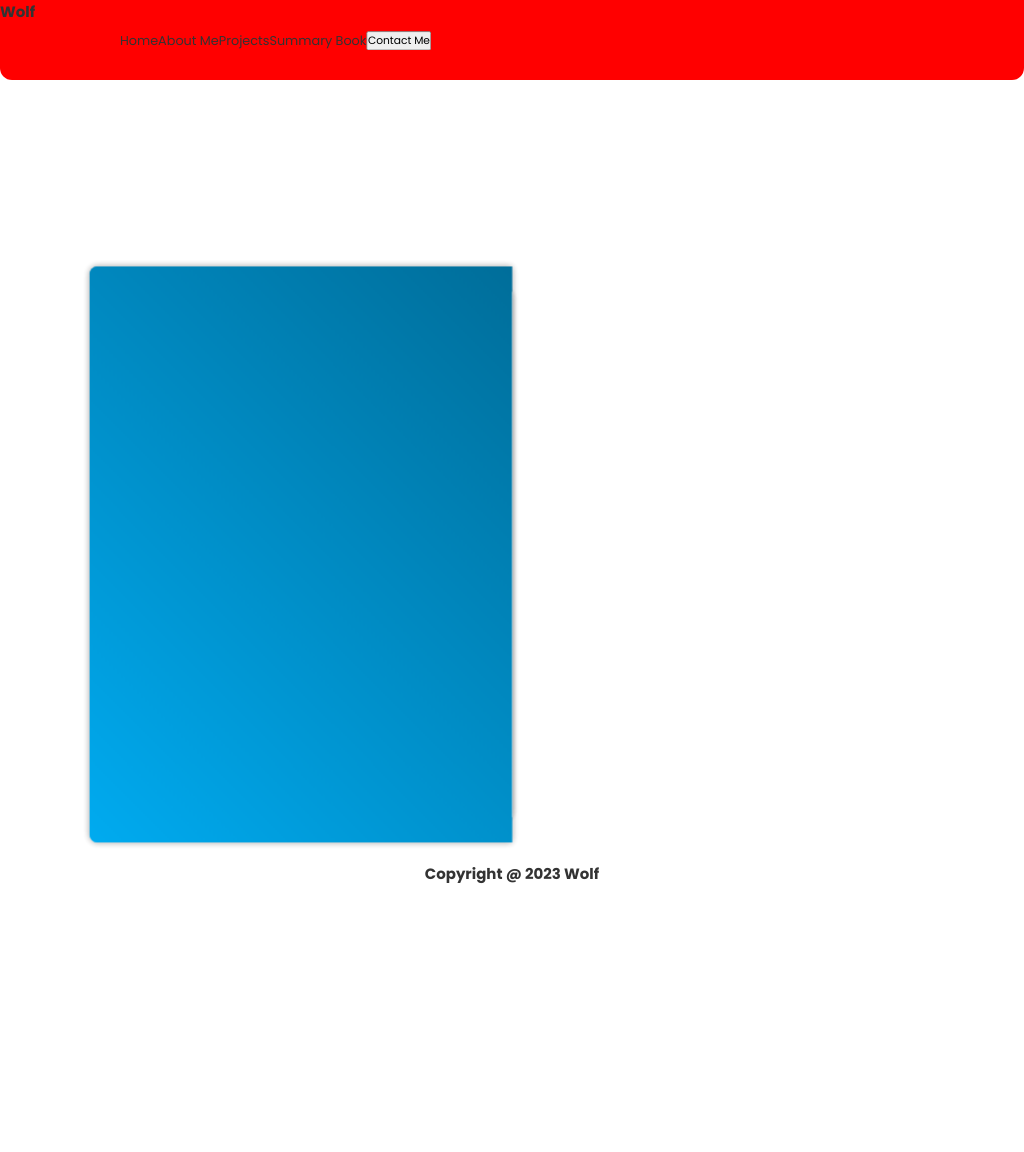
Repository: Ego-Wolf/Portfolio
Page: index.html
These files come from the project's save history. The page is drawn as it stood at one moment and after the next save; the edit follows.
The browser window is 1280 px wide. The pictures show the whole page, at 80% of full size.
Pictures or frames that could not be fetched are drawn as grey boxes.

Above is the page before, as saved 2023-12-14 16:45:52.

### index.html
<!DOCTYPE html>
<html lang="en">
<head>
    <meta charset="UTF-8">
    <meta name="viewport" content="width=device-width, initial-scale=1.0">
    <title>3D Portfolio Websites</title>
    <link rel="stylesheet" href="./style.css">
    <!-- Box icons -->
    <link href='https://unpkg.com/boxicons@2.1.4/css/boxicons.min.css' rel='stylesheet'>
    <!-- Google Font -->
    <link rel="preconnect" href="https://fonts.googleapis.com">
    <link rel="preconnect" href="https://fonts.gstatic.com" crossorigin>
    <link href="https://fonts.googleapis.com/css2?family=Josefin+Sans:wght@300;400;500;600;700&family=Poppins:wght@300;400;500;600;700;800;900&display=swap" rel="stylesheet">

</head>
<body>
    <div class="section">
        <!-- Header -->
        <div class="header">
            <img src="" alt=""><h3>Wolf</h3>
            <ul>
                <li>Home</li>
                <li>About Me</li>
                <li>Projects</li>
                <li>Summary Book</li>
                <li><button>Contact Me</button></li>
            </ul>
        </div>

        <!-- Book section -->
        <div class="wrapper">
            <div class="cover cover-left"></div>
            <div class="cover cover-right"></div>

            <div class="book">
                <!-- Profile page -->
                <div class="book-page page-left">
                    <div class="profile-page">
                        <img src="./assets/character-1.jpg" alt="Sorry about the our services">
                        <h1>Steve Victor</h1>
                        <h3>Web Developer</h3>

                        <div class="social-media">
                            <a href="#"><i class='bx bxl-facebook'></i></a>
                            <a href="#"><i class='bx bxl-twitter' ></i></a>
                            <a href="#"><i class='bx bxl-linkedin' ></i></a>
                            <a href="#"><i class='bx bxl-instagram-alt'></i></a>
                        </div>

                        <p>Hi, I'm Steve Victor, a Web Developer. Lorem, ipsum dolor sit amet consectetur adipisicing elit. Quae quibusdam asperiores, voluptas magnam enim amet officiis aut quis recusandae illum possimus delectus mollitia id sed atque, harum et sunt architecto.</p>

                        <div class="btn-box">
                            <a href="#" class="btn">Download CV</a>
                            <a href="#" class="btn contact-me">Contact Me</a>
                        </div>
                    </div>
                </div>

                <!-- Page 1 & 2 -->
                <div class="book-page page-right turn" id="turn-1">
                    <!-- Page 1 (work experience) -->
                    <div class="page-front">
                        <h1 class="title">Work Experience</h1>
                        <div class="work-education-box">
                            <div class="work-education-content">
                                <span class="year"><i class='bx bxs-calendar'></i>2020 - 2021</span>
                                <h3>Web Developer - Company</h3>
                                <p>Lorem ipsum dolor sit amet consectetur adipisicing elit. Consequatur a delectus similique dolore, laudantium, autem iure aspernatur ratione error!</p>
                            </div>

                            <div class="work-education-content">
                                <span class="year"><i class='bx bxs-calendar'></i>2020 - 2021</span>
                                <h3>Web Developer - Company</h3>
                                <p>Lorem aspernatur ratione error consequuntur veniam tenetur ipsum in nemo repellat eveniet fugit eius vel!</p>
                            </div>

                            <div class="work-education-content">
                                <span class="year"><i class='bx bxs-calendar'></i>2020 - 2021</span>
                                <h3>Web Developer - Company</h3>
                                <p>Lorem ipsum dolor sit amet consectetur adipisicing elit. Consequatur a delectus similique dolore, laudantium, autem iure aspernatur ratione error consequuntur veniam tenetur ipsum in nemo repellat eveniet fugit eius vel!</p>
                            </div>
                        </div>

                        <span class="number-page">1</span>
                        <!-- Next button -->
                        <div class="nextprev-btn" data-page="turn-1">
                            <i class='bx bx-chevron-right'></i>
                        </div>
                    </div>

                    <!-- Page 2 (education) -->
                    <div class="page-back">
                        <h1 class="title">Education</h1>
                        <div class="work-education-box">
                            <div class="work-education-content">
                                <span class="year"><i class='bx bxs-calendar'></i>2020 - 2021</span>
                                <h3>Web Developer - Company</h3>
                                <p>Lorem ipsum dolor sit amet consectetur adipisicing elit. Consequatur a delectus similique dolore, laudantium, autem iure aspernatur ratione error!</p>
                            </div>

                            <div class="work-education-content">
                                <span class="year"><i class='bx bxs-calendar'></i>2020 - 2021</span>
                                <h3>Web Developer - Company</h3>
                                <p>Lorem aspernatur ratione error consequuntur veniam tenetur ipsum in nemo repellat eveniet fugit eius vel!</p>
                            </div>

                            <div class="work-education-content">
                                <span class="year"><i class='bx bxs-calendar'></i>2020 - 2021</span>
                                <h3>Web Developer - Company</h3>
                                <p>Lorem ipsum dolor sit amet consectetur adipisicing elit. Consequatur a delectus similique dolore, laudantium, autem iure aspernatur ratione error consequuntur veniam tenetur ipsum in nemo repellat eveniet fugit eius vel!</p>
                            </div>
                        </div>

                        <span class="number-page">2</span>
                        <!-- Prev button -->
                        <div class="nextprev-btn back" data-page="turn-1">
                            <i class='bx bx-chevron-left'></i>
                        </div>
                    </div>
                </div>

                <!-- Page 3 & 4 -->
                <div class="book-page page-right turn" id="turn-2">
                    <!-- Page 3 (my services) -->
                    <div class="page-front">
                        <h1 class="title">My Services</h1>
                        <div class="services-box">
                            <div class="services-content">
                                <i class='bx bx-code-alt' ></i>
                                <h3>Web Development</h3>
                                <p>Lorem ipsum dolor, sit amet consectetur adipisicing elit.</p>
                                <a href="#" class="btn">Read More</a>
                            </div>

                            <div class="services-content">
                                <i class='bx bxs-paint' ></i>
                                <h3>Creative Design</h3>
                                <p>Lorem ipsum dolor, sit amet consectetur adipisicing elit.</p>
                                <a href="#" class="btn">Read More</a>
                            </div>

                            <div class="services-content">
                                <i class='bx bx-bar-chart-alt'></i>
                                <h3>Digital Marketing</h3>
                                <p>Lorem ipsum dolor, sit amet consectetur adipisicing elit.</p>
                                <a href="#" class="btn">Read More</a>
                            </div>

                            <div class="services-content">
                                <i class='bx bx-search' ></i>
                                <h3>SEO</h3>
                                <p>Lorem ipsum dolor, sit amet consectetur adipisicing elit.</p>
                                <a href="#" class="btn">Read More</a>
                            </div>
                        </div>

                        <span class="number-page">3</span>
                        <!-- Next button -->
                        <div class="nextprev-btn" data-page="turn-2">
                            <i class='bx bx-chevron-right'></i>
                        </div>

                    </div>
                    <!-- Page 4 (my skills) -->
                    <div class="page-back">
                        <h1 class="title">My skills</h1>
                        <div class="skills-box">
                            <div class="skills-content">
                                <h3>Front-End</h3>
                                <div class="content">
                                    <span><i class='bx bxl-html5' ></i>HTML</span>
                                    <span><i class='bx bxl-css3' ></i>CSS</span>
                                    <span><i class='bx bxl-javascript' ></i>JS</span>
                                    <span><i class='bx bxl-react' ></i>React</span>
                                    <span><i class='bx bxl-angular' ></i>Angular</span>
                                    <span><i class='bx bxl-bootstrap' ></i>Boostrap</span>
                                    <span><i class='bx bxl-tailwind-css' ></i>Tailwind</span>
                                </div>
                            </div>
                            <div class="skills-content">
                                <h3>Back-End</h3>
                                <div class="content">
                                    <span><i class='bx bxl-nodejs' ></i>Node</span>
                                    <span><i class='bx bxl-java' ></i>Java</span>
                                </div>
                            </div>
                            <div class="skills-content">
                                <h3>UI/UX Design</h3>
                                <div class="content">
                                    <span><i class='bx bxl-figma' ></i>Figma</span>
                                </div>
                            </div>
                        </div>

                        <span class="number-page">4</span>
                        <!-- Prev button -->
                        <div class="nextprev-btn back" data-page="turn-2">
                            <i class='bx bx-chevron-left'></i>
                        </div>
                    </div>
                </div>

                <!-- Page 5 & 6 -->
                <div class="book-page page-right turn" id="turn-3">
                    <!-- Page 5 (latest project or my portfolio) -->
                    <div class="page-front">
                        <h1 class="title">Latest Project</h1>

                        <div class="portfolio-box">
                            <div class="img-box">
                                <!-- <img src="./assets/character-2.jpg" alt="">  -->
                                <iframe width="720" height="405" src="https://www.youtube.com/embed/zrBVFGlnyA8" title="3D Portfolio Website | HTML CSS &amp; Javascript" frameborder="0" allow="accelerometer; autoplay; clipboard-write; encrypted-media; gyroscope; picture-in-picture; web-share" allowfullscreen></iframe>
                            </div>

                            <div class="info-box">
                                <div class="info-title">
                                    <h3>Project Name</h3>
                                    <a href="#">Live Preview<i class='bx bx-link-external' ></i></a>
                                </div>
                                <p>Tech Used:</p>
                                <p>Lorem ipsum dolor sit amet consectetur adipisicing elit. Fugit, laboriosam.</p>
                            </div>

                            <div class="btn-box">
                                <a href="#" class="btn">Source Code</a>
                                <a href="#" class="btn">More Projects</a>
                            </div>
                        </div>

                        <span class="number-page">5</span>
                        <!-- Next button -->
                        <div class="nextprev-btn" data-page="turn-3">
                            <i class='bx bx-chevron-right'></i>
                        </div>
                    </div>

                    <!-- Page 6 (contac me) -->
                    <div class="page-back">
                        <h1 class="title">Contact Me!</h1>

                        <div class="contact-box">
                            <form action="#">
                                <input type="text" class="field" placeholder="Full Name" required>
                                <input type="email" class="field" placeholder="Email Address" required>
                                <textarea name="" id="" cols="30" rows="10" class="field" placeholder="Your Message" required></textarea>
                                <input type="submit" class="btn" value="Send Message">
                            </form>
                        </div>

                        <span class="number-page">6</span>
                        <!-- Prev button -->
                        <div class="nextprev-btn back" data-page="turn-3">
                            <i class='bx bx-chevron-left'></i>
                        </div>

                        <a href="#" class="back-profile">
                            <p>Profile</p>
                            <i class='bx bxs-user'></i>
                        </a>
                    </div>
                </div>

                <!-- Page 7 -->
                <div class="book-page page-right turn" id="turn-3">
                    <img src="" alt="">
                </div>
            </div>
        </div><br>

        <!-- Footer -->
        <div class="footer">
            <h3>Copyright @ 2023 Wolf</h3>
        </div>
    </div>


    <script src="./script.js"></script>
</body>
</html>

Loaded but not shown: style.css (542 lines, source omitted); script.js (no copy from this time; the picture is the same without it)

After the next save:
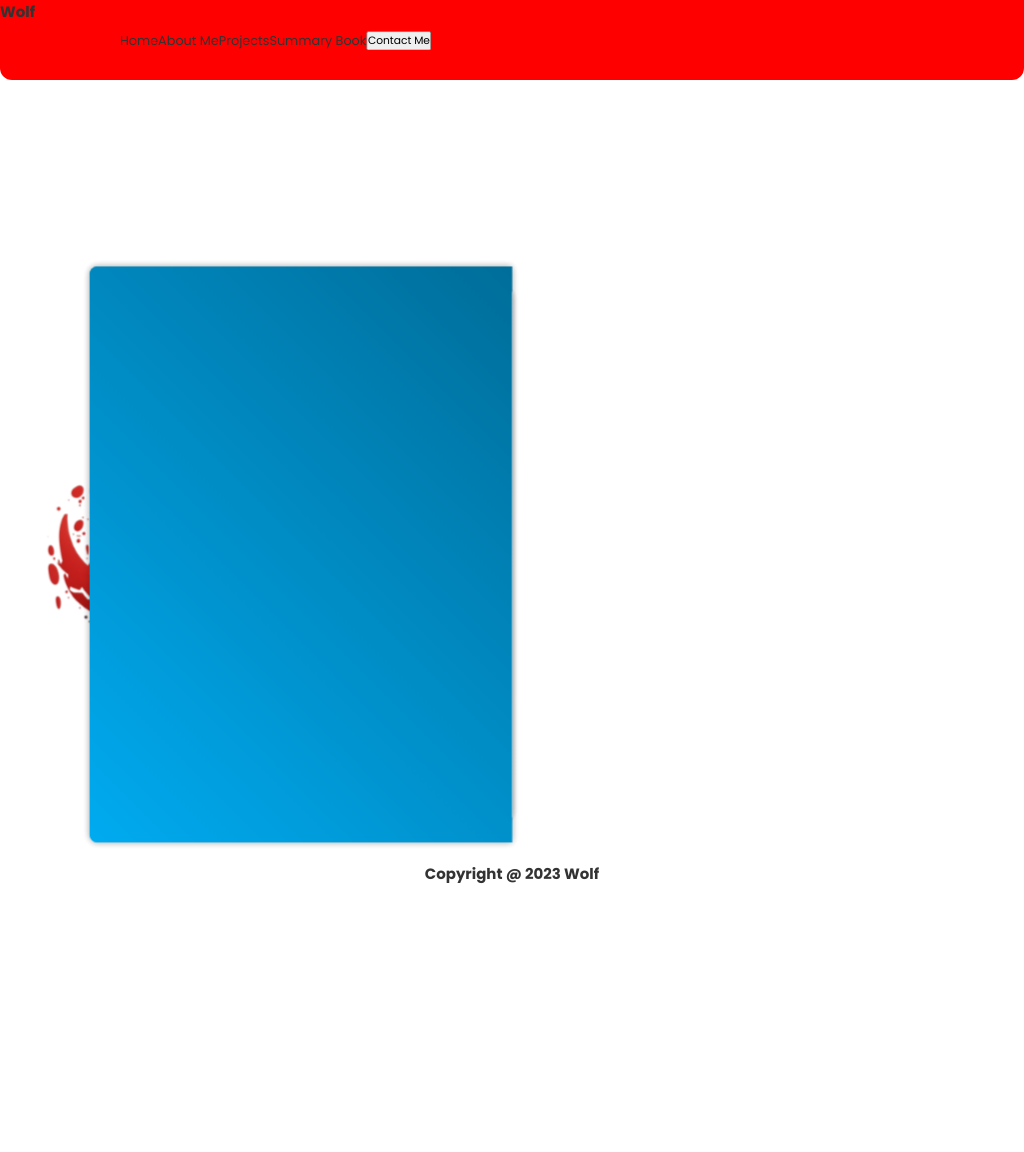
Saved 5 s later.
--- a/index.html
+++ b/index.html
@@ -262,7 +262,7 @@
 
                 <!-- Page 7 -->
                 <div class="book-page page-right turn" id="turn-3">
-                    <img src="" alt="">
+                    <img src="./assets/wolf-book.png" alt="">
                 </div>
             </div>
         </div><br>

After the save that followed:
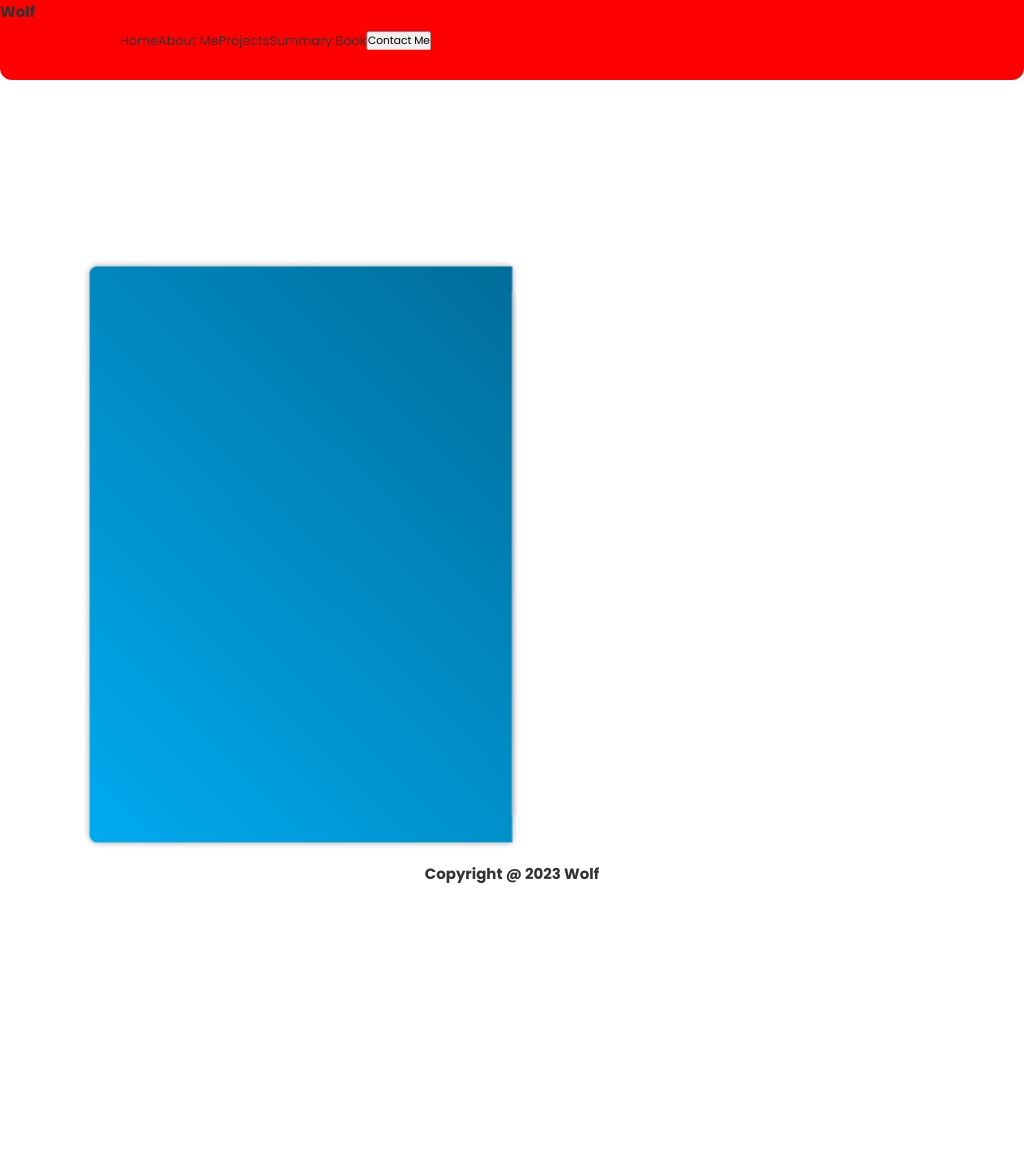
Saved 96 s later.
--- a/index.html
+++ b/index.html
@@ -261,9 +261,9 @@
                 </div>
 
                 <!-- Page 7 -->
-                <div class="book-page page-right turn" id="turn-3">
+                <!-- <div class="book-page page-right turn" id="turn-3">
                     <img src="./assets/wolf-book.png" alt="">
-                </div>
+                </div> -->
             </div>
         </div><br>
 
